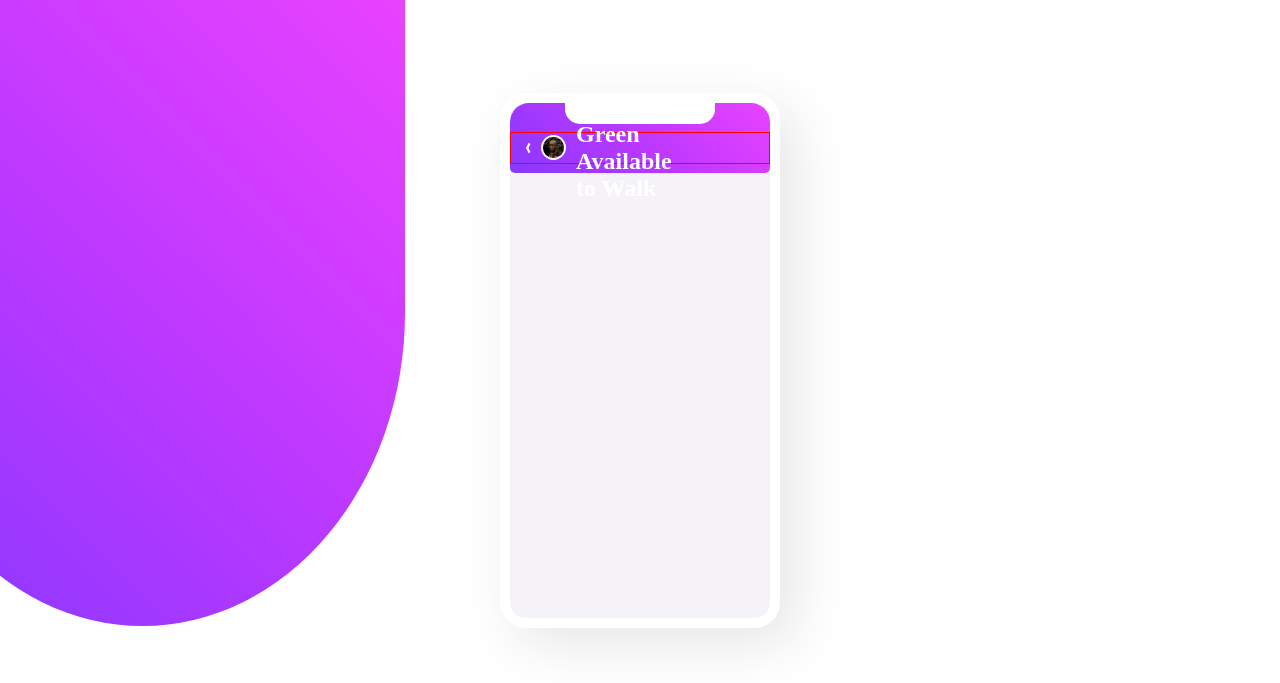
Repository: KamoliddinGIT/chat-app-css-illustration
Page: index.html
The author's editor kept a copy of each file at every save. The page is drawn from the files as they stood at one save, then again after the next save.
The browser window is 1280 px wide. The pictures show the whole page.

Above is the page before, as saved 2023-09-25 17:45:43.

### index.html
<!DOCTYPE html>
<html lang="en">
  <head>
    <meta charset="UTF-8" />
    <meta http-equiv="X-UA-Compatible" content="IE=edge" />
    <link
      rel="icon"
      type="image/png"
      sizes="32x32"
      href="./images/favicon-32x32.png"
    />
    <meta name="viewport" content="width=device-width, initial-scale=1.0" />
    <link rel="stylesheet" href="./css/style.css" />
    <title>Chat App CSS Illustration</title>
  </head>
  <body>
    <div class="container">
      <div class="bg"></div>
      <div class="card">
        <div class="header">
          <div class="cam"></div>
          <div class="header_contents">
            <div class="header-left-side">
              <img
                src="./images/arrow.svg"
                alt="left_arrow"
                class="back_icon"
              />
              <img class="avatar" src="./images/avatar.jpg" alt="avatar" />
              <h2>
                Samuel Green <br />
                <span>Available to Walk </span>
              </h2>
            </div>
          </div>
        </div>
      </div>
    </div>
  </body>
</html>

### css/style.css
* {
  margin: 0;
  padding: 0;
  box-sizing: border-box;
}

.container {
  width: 100%;
  height: 100vh;
  display: flex;
  justify-content: center;
  align-items: center;
  background-color: white;
}

.bg {
  width: 525px;
  height: 87%;
  left: -120px;
  top: 0;
  position: absolute;
  background-image: linear-gradient(
    45deg,
    hsl(264deg 100% 61%) 0%,
    hsl(280deg 100% 61%) 50%,
    hsl(293deg 100% 63%) 100%
  );
  border-radius: 0 0 50% 50%;
}

.card {
  z-index: 99;
  width: 280px;
  height: 535px;
  border-radius: 1.6rem;
  background-color: hsl(270, 20%, 96%);
  border: 10px solid white;
  box-shadow: 1rem 1rem 3.5rem rgba(0, 0, 0, 0.1);
  overflow: hidden;
}

.header {
  display: flex;
  justify-content: center;
  align-items: center;
  color: white;
  position: relative;
  width: 100%;
  height: 70px;
  border-radius: 1.2rem 1.2rem 5px 5px;
  display: flex;
  flex-direction: column;
  align-items: center;
  background-image: linear-gradient(
    45deg,
    hsl(264deg 100% 61%) 0%,
    hsl(280deg 100% 61%) 50%,
    hsl(293deg 100% 63%) 100%
  );
}

.cam {
  width: 150px;
  height: 22px;
  top: 0;
  background-color: white;
  border-radius: 0 0 15px 15px;
  position: absolute;
  margin: -1px auto 0 auto;
}

.back_icon {
  width: 5px;
  height: 18px;
}

.header_contents {
  margin-top: 20px;
  width: 100%;
  height: 15px;
  border: 1px solid red;
  display: flex;
  align-items: center;
  padding: 15px;
}

.header-left-side {
  width: 164px;
  height: 29px;
  display: flex;
  align-items: center;
  gap: 10px;
}

.avatar {
  width: 25px;
  height: 25px;
  object-fit: fill;
  border-radius: 50%;
  border: 2px solid white;
}

After the next save:
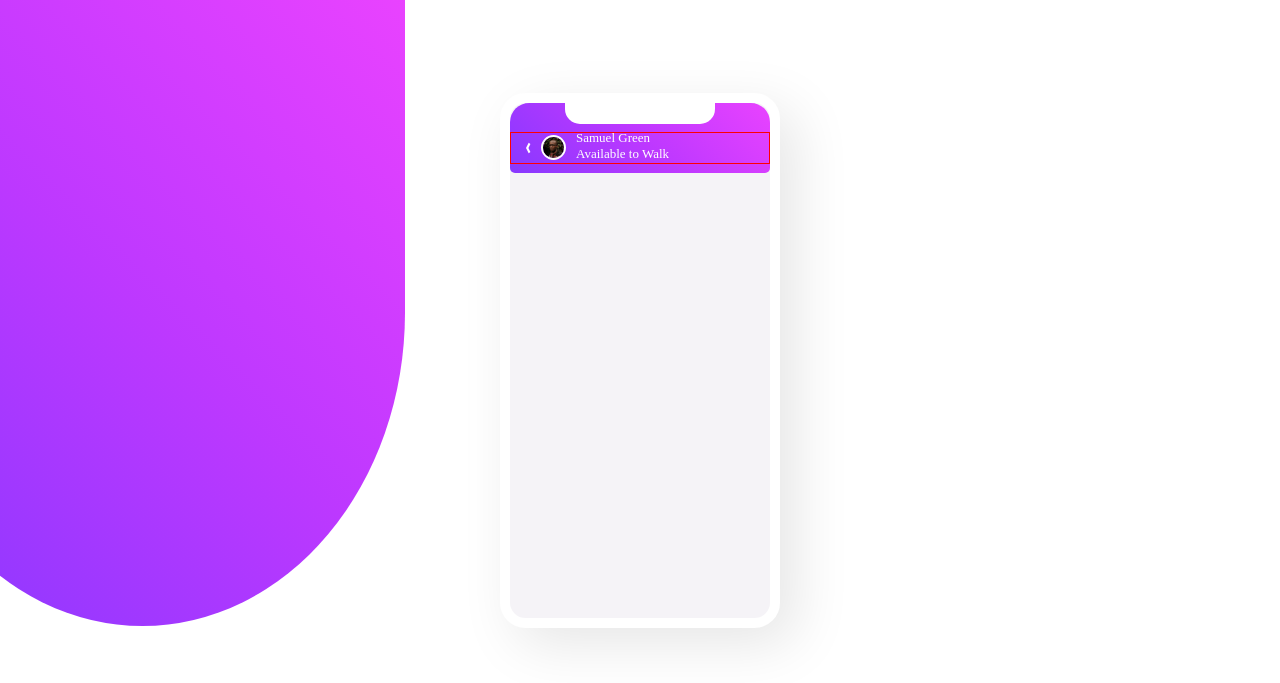
Saved 41 s later.
--- a/css/style.css
+++ b/css/style.css
@@ -99,3 +99,9 @@
   border-radius: 50%;
   border: 2px solid white;
 }
+
+.header-left-side h2 {
+  font-size: 13px;
+  font-weight: 400;
+  padding-bottom: 3px;
+}
